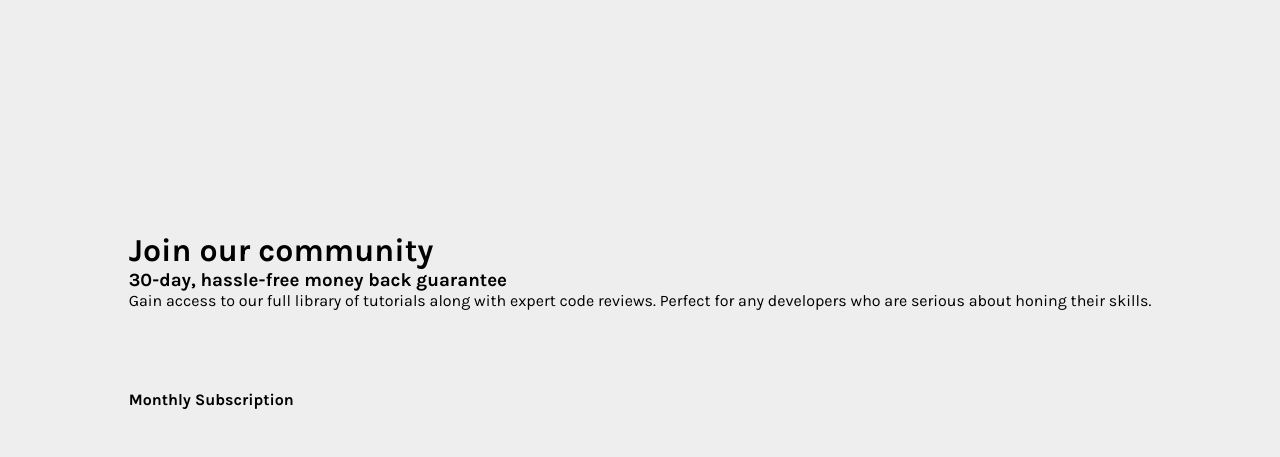
Repository: Akashiii1/WebSingleGrid_Day3
Page: index.html
These files come from the project's save history. The page is drawn as it stood at one moment and after the next save; the edit follows.
The browser window is 1280 px wide. The pictures show the whole page.

Above is the page before, as saved 2021-12-22 00:54:46.

### index.html
<!DOCTYPE html>
<html lang="en">
<head>
  <meta charset="UTF-8">
  <meta name="viewport" content="width=device-width, initial-scale=1.0"> <!-- displays site properly based on user's device -->

  <link rel="icon" type="image/png" sizes="32x32" href="./images/favicon-32x32.png">

  <title>Frontend Mentor | Single Price Grid Component</title>

  <!-- Feel free to remove these styles or customise in your own stylesheet 👍 -->
  <link rel="stylesheet" href="style.css">
  <style>
    .attribution { font-size: 11px; text-align: center; }
    .attribution a { color: hsl(228, 45%, 44%); }
  </style>
</head>
<body>
  <!-- Join our community

  30-day, hassle-free money back guarantee

  Gain access to our full library of tutorials along with expert code reviews.
  Perfect for any developers who are serious about honing their skills.

  Monthly Subscription

  &dollar;29 per month

  Full access for less than &dollar;1 a day

  Sign Up

  Why Us

  Tutorials by industry experts
  Peer &amp; expert code review
  Coding exercises
  Access to our GitHub repos
  Community forum
  Flashcard decks
  New videos every week -->
  <div class="wrapper">
    <div class="container">
      <div class="box">
        <h1>Join our community</h1>
        <h3>30-day, hassle-free money back guarantee</h3>
        <p>Gain access to our full library of tutorials along with expert code reviews.
          Perfect for any developers who are serious about honing their skills.</p>
      </div>
      <div class="box">
        <h4> Monthly Subscription</h4>
      </div>
      <div class="box"></div>
    </div>
  </div>
  <!-- <footer>
    <p class="attribution">
      Challenge by <a href="https://www.frontendmentor.io?ref=challenge" target="_blank">Frontend Mentor</a>.
      Coded by <a href="#">Your Name Here</a>.
    </p>
  </footer> -->
</body>
</html>

### style.css

@import url('https://fonts.googleapis.com/css2?family=Karla:wght@400;700&display=swap');
:root{
  --Cyan: hsl(179, 62%, 43%);
 --BrightYellow: hsl(71, 73%, 54%);
 --LightGray: hsl(204, 43%, 93%);
 --GrayishBlue: hsl(218, 22%, 67%);
}
html {
box-sizing: border-box;
}
*{
margin: 0;
padding: 0;
}
*,*:before,*:after {
box-sizing: border-box;
}
input,
textarea,
select,
button{
outline: none;
}
input{
line-height: normal;
}
label,
button{
cursor: pointer;
}
a {
text-decoration: none;
}
img {
display: block;
max-width: 100%;
}
body{
  font-family: 'Karla', sans-serif;
  display: flex;
  justify-content: center;
  align-items: center;
  min-height: 100vh;
  background-color: #eee;
}
.box{
  padding: 40px;
}

After the next save:
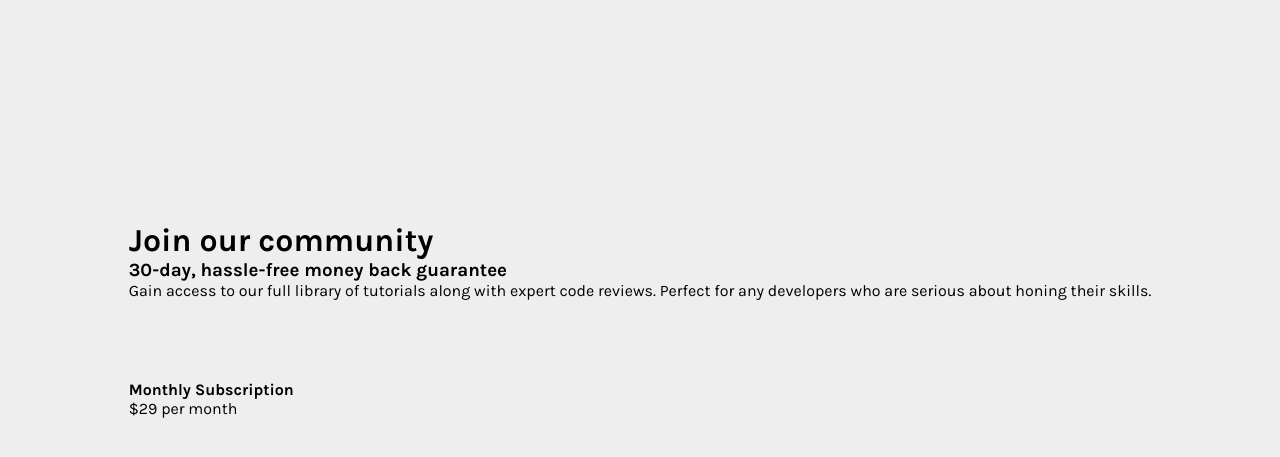
Saved 67 s later.
--- a/index.html
+++ b/index.html
@@ -50,6 +50,7 @@
       </div>
       <div class="box">
         <h4> Monthly Subscription</h4>
+        <span>&dollar;29 per month</span>
       </div>
       <div class="box"></div>
     </div>
